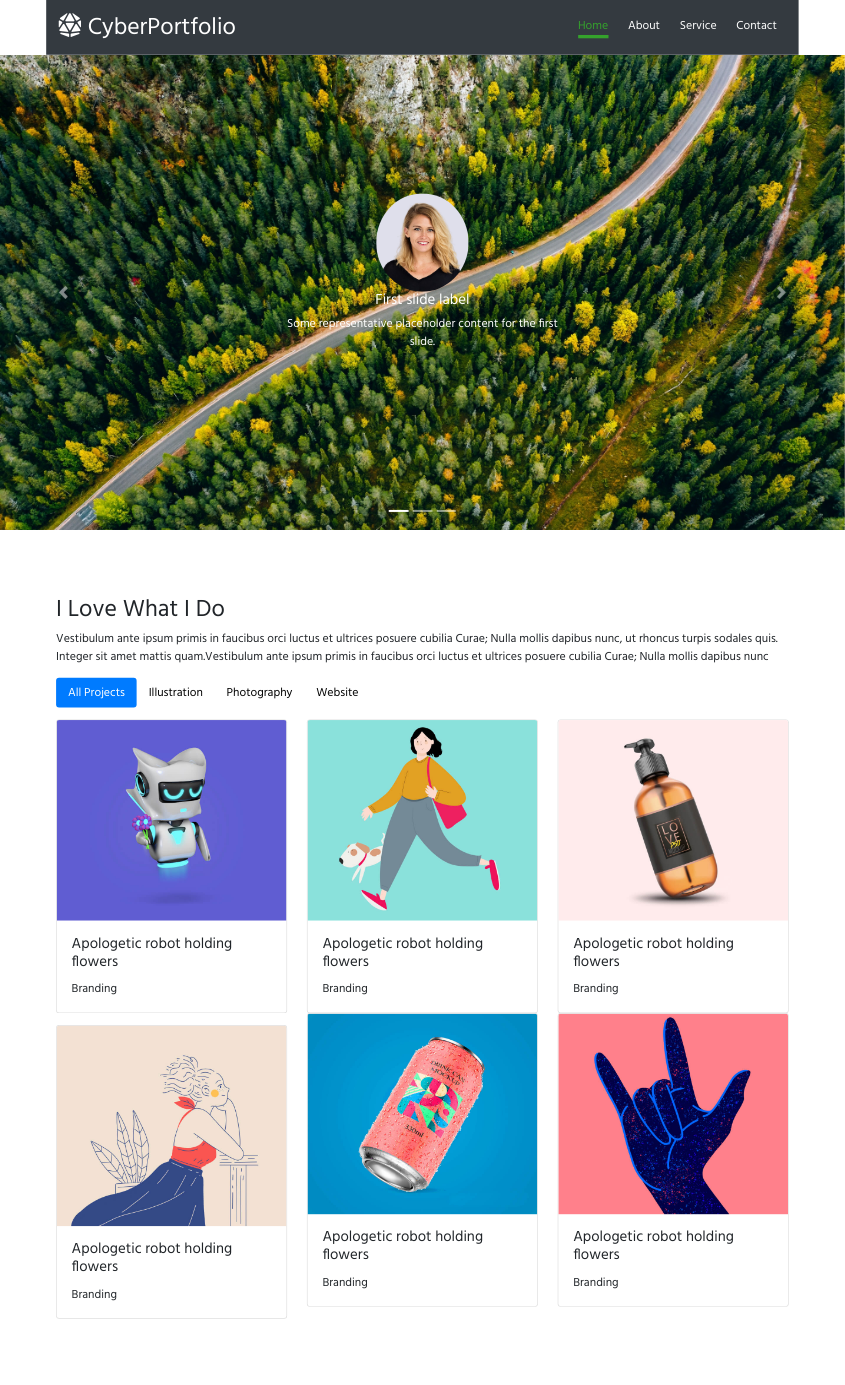
Repository: thanhfrankie/portfolio
Page: index.html
The author's editor kept a copy of each file at every save. The page is drawn from the files as they stood at one save, then again after the next save.
The browser window is 1280 px wide. The pictures show the whole page, at 66% of full size.

Above is the page before, as saved 2023-11-30 09:46:29.

After the next save:
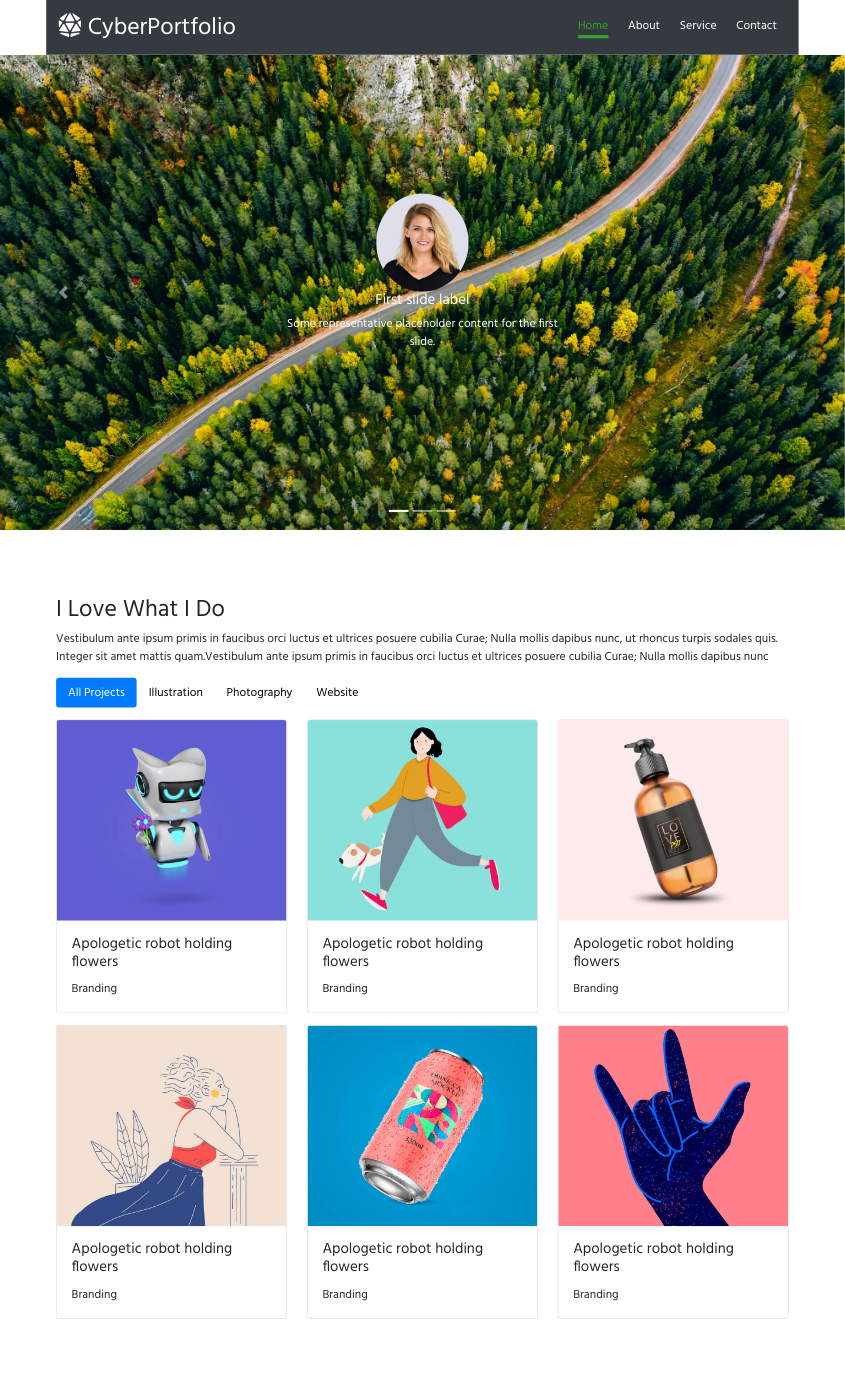
Saved 5 s later.
--- a/index.html
+++ b/index.html
@@ -169,7 +169,7 @@
                   </div>
                 </div>
               </div>
-              <div class="col-4">
+              <div class="col-4 mt-3">
                 <div class="card">
                   <img src="./img/g5.jpg" class="card-img-top" alt="...">
                   <div class="card-body">
@@ -179,7 +179,7 @@
                 </div>
 
               </div>
-              <div class="col-4">
+              <div class="col-4 mt-3">
 
                 <div class="card">
                   <img src="./img/g6.jpg" class="card-img-top" alt="...">
